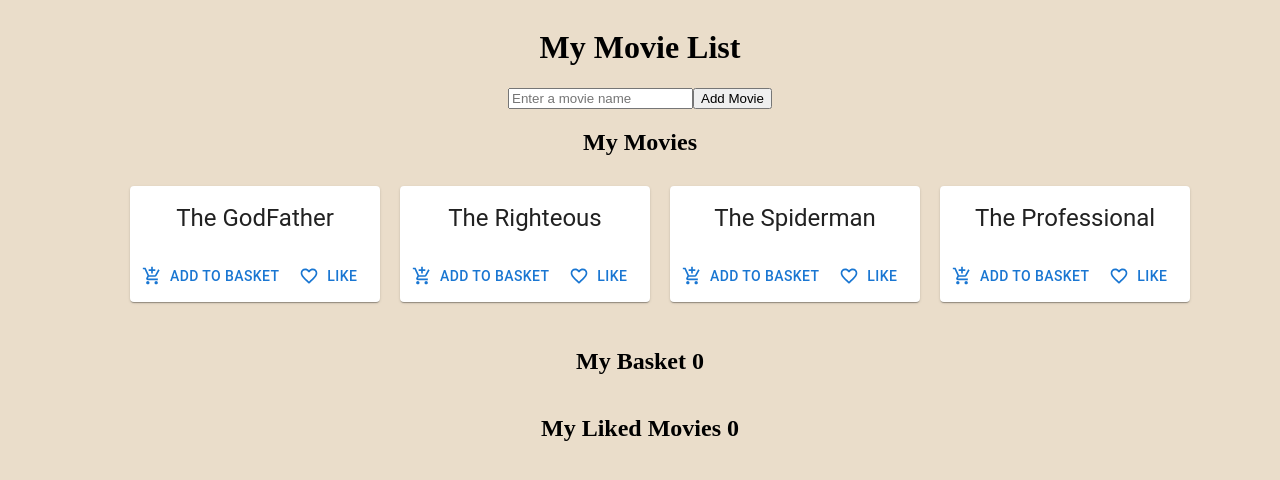
Repository: sinchana-p-iVoyant/redux-movie-store
Page: /
An editor plug-in stored every save of this project. The page is shown before and after the next save, followed by the edit.
The browser window is 1280 px wide. The pictures show the whole page.
The project was rebuilt for these pictures with package versions that can differ from the ones it lists, and the page was loaded fresh each time. Also part of the build but not shown: vite.config.ts.

Above is the page before, as saved 2024-02-15 12:24:54.

### index.html
<!doctype html>
<html lang="en">
  <head>
    <meta charset="UTF-8" />
    <link rel="icon" type="image/svg+xml" href="/vite.svg" />
    <meta name="viewport" content="width=device-width, initial-scale=1.0" />
    <title>Redux Movie Store</title>
  </head>
  <body>
    <div id="root"></div>
    <script type="module" src="/src/main.tsx"></script>
  </body>
</html>

### src/main.tsx
import React from 'react'
import ReactDOM from 'react-dom/client'
import App from './App.tsx'
// import './index.css'
import store from './store/index';
import { Provider } from 'react-redux'


ReactDOM.createRoot(document.getElementById('root')!).render(
  <React.StrictMode>
    <Provider store={store}>
      <App />
    </Provider>
  </React.StrictMode>,
)

### src/App.tsx
import { useState } from "react";
// import './App.css'
import { useSelector, useDispatch } from "react-redux";
import {Movie} from './store/index'
import {Card, CardComponent, CardActions, Button, Typography, CardContent} from '@mui/material'
import { Favorite, FavoriteBorder, AddShoppingCart, RemoveShoppingCart } from "@mui/icons-material";
import './App.css'

const App = () => {
  const [movieTitle, setMovieTitle] = useState("");

  // 🔥 a. To Trigger from UI.
  const dispatch = useDispatch();

  // 🔥 b. To update the UI, based on state updates in the store.

  // movies state (array)
  // const movies = useSelector(state => state.movies)
  // ------> return value: state.movies

  // Note:
  // The function passed to `useSelector` selects a slice of the state that we are interested in.
  // The function parameter specifies the `structure` of the Redux state object.
  // It's `type` annotated in TypeScript to ensure the type safety.
  // specifying the structure of the Redux state object using TypeScript type annotations enhances code quality, readability, and maintainability while providing additional safety checks and tooling support during development.

  const movies = useSelector(
    (state : {
      movies: { title: string; liked: boolean; inBasket: boolean }[];
    }) => state.movies
  );

  // const basket = useSelector((state) => state.basket);
  const basket = useSelector((state: { basket: string[] }) => state.basket);

  // const likedMovies = useSelector((state) => state.likedMovies);
  const likedMovies = useSelector((state: { likedMovies: string[] }) => state.likedMovies);


  // 4. Action Creator
  const handleAddMovie = () => {
    const newMovie = {
      title: movieTitle,
      inBasket: false,
      liked: false
    }
    dispatch({ type: "ADD_MOVIE", payload: newMovie });
    setMovieTitle(""); // Reset back to Empty String
  };

  const handleAddToBasket = (movie: string) => {
    dispatch({ type: "ADD_TO_BASKET", payload: movie });
  };
  const handleAddToLikedMovies = (movie: string) => {
    dispatch({ type: "ADD_TO_LIKED_MOVIE", payload: movie });
  };

  return (
    <div className="container">
      <div>
        <h1>My Movie List</h1>
      </div>
      <div className="add-movie">
        <input
          type="text"
          placeholder="Enter a movie name"
          value={movieTitle}
          onChange={(e) => setMovieTitle(e.target.value)}
        />
        <button onClick={handleAddMovie}>Add Movie</button>
      </div>
      <div>
        <h2>My Movies</h2>
        <ul className="movie-list">
          {movies.map((movie: Movie, index) => (
            <Card key={index} className="movie-card" >
              <CardContent>
                <Typography variant="h5" component='h2'>
                  {movie.title}
                </Typography>
              </CardContent>

              <CardActions>
                <Button
                  startIcon={movie.inBasket ? <RemoveShoppingCart /> : <AddShoppingCart />}
                  onClick={() => handleAddToBasket(movie.title)}>
                  {movie.inBasket ? "Remove From Basket" : "Add To Basket"}
                </Button>
                <Button
                  startIcon={movie.liked ? <Favorite /> : <FavoriteBorder />}
                  onClick={() => handleAddToLikedMovies(movie.title)}>
                  {movie.liked ? "Dislike" : "Like"}
                </Button>
              </CardActions>

            </Card>
          ))}
        </ul>
      </div>
      <div>
        <h2>My Basket {basket.length}</h2>
        <ul>
          {basket.map((basket, index) => (
            <li key={index}>{basket}</li>
          ))}
        </ul>
      </div>
      <div>
        <h2>My Liked Movies {likedMovies.length}</h2>
        <ul>
          {likedMovies.map((likedMovie, index) => (
            <li key={index}>{likedMovie}</li>
          ))}
        </ul>
      </div>
    </div>
  );
};

export default App;

// 1. Save the new movie in the local state.
// 2. Add the new movie in local state to the Store.
// 3. Fetch the movies array, from the store

// 3. a. To display in - My Basket & My Liked Movies

### src/store/index.tsx
import { createStore } from "redux";

export type Movie = {
    title: string,
    inBasket: boolean,
    liked: boolean
}

export type State = {
    movies: Movie[],
    basket: string[],
    likedMovies: string[]
}

type Action =
  | { type: "ADD_MOVIE"; payload: Movie } |
    { type: 'ADD_TO_BASKET', payload: string } |
    { type: "ADD_TO_LIKED_MOVIE", payload: string };

// InitialState
const initialState: State = {
    movies: [
      {title: 'The GodFather', inBasket: false, liked: false},
      {title: 'The Righteous', inBasket: false, liked: false},
      {title: 'The Spiderman', inBasket: false, liked: false},
      {title: 'The Professional', inBasket: false, liked: false},
    ],
    basket: [],
    likedMovies: []
}

// Reducers - Make Immutable Updates
const reducer = (state: State = initialState, action: Action): State => {
  switch (action.type) {
    case 'ADD_MOVIE':
      return {
        ...state,
        movies: [...state.movies, action.payload]
      }
    case 'ADD_TO_BASKET':
      return {
        ...state,
          movies: state.movies.map(movie => movie.title === action.payload ? {...movie, inBasket: !movie.inBasket } : movie),
        basket: state.basket.includes(action.payload) ? state.basket.filter(movie => movie !== action.payload) : [...state.basket, action.payload]
      }
    case 'ADD_TO_LIKED_MOVIE':
      return {
        ...state,
        movies: state.movies.map(movie => movie.title === action.payload ? {...movie, liked: !movie.liked} : movie) ,
        likedMovies: state.likedMovies.includes(action.payload) ? state.likedMovies.filter(movie => movie !== action.payload) :  [...state.likedMovies, action.payload]
      }
    default:
      return state
  }
}

// Store
const store = createStore(reducer)
export default store

// 1. State
// 2. Reducer
// 3. Store

### src/App.css
body {
  background-color: #EADDCA;
}

h1, h2{
  text-align: center;
}

.container {
  display: flex;
  flex-direction: column;
  align-items: center;
  justify-content: center;
}

.movie-list {
  display: flex;
  flex-wrap: wrap;
  justify-content: center;
}

.movie-card {
  width: 250px;
  margin: 10px;
}

.card-content {
  padding: 16px;
}

.card-actions {
  display: flex;
  justify-content: space-between;
}


















/* #root {
  max-width: 1280px;
  margin: 0 auto;
  padding: 2rem;
  text-align: center;
} */

/*
.logo {
  height: 6em;
  padding: 1.5em;
  will-change: filter;
  transition: filter 300ms;
}
.logo:hover {
  filter: drop-shadow(0 0 2em #646cffaa);
}
.logo.react:hover {
  filter: drop-shadow(0 0 2em #61dafbaa);
}

@keyframes logo-spin {
  from {
    transform: rotate(0deg);
  }
  to {
    transform: rotate(360deg);
  }
}

@media (prefers-reduced-motion: no-preference) {
  a:nth-of-type(2) .logo {
    animation: logo-spin infinite 20s linear;
  }
}

.card {
  padding: 2em;
}

.read-the-docs {
  color: #888;
} */

/* ------------------------- */

After the next save:
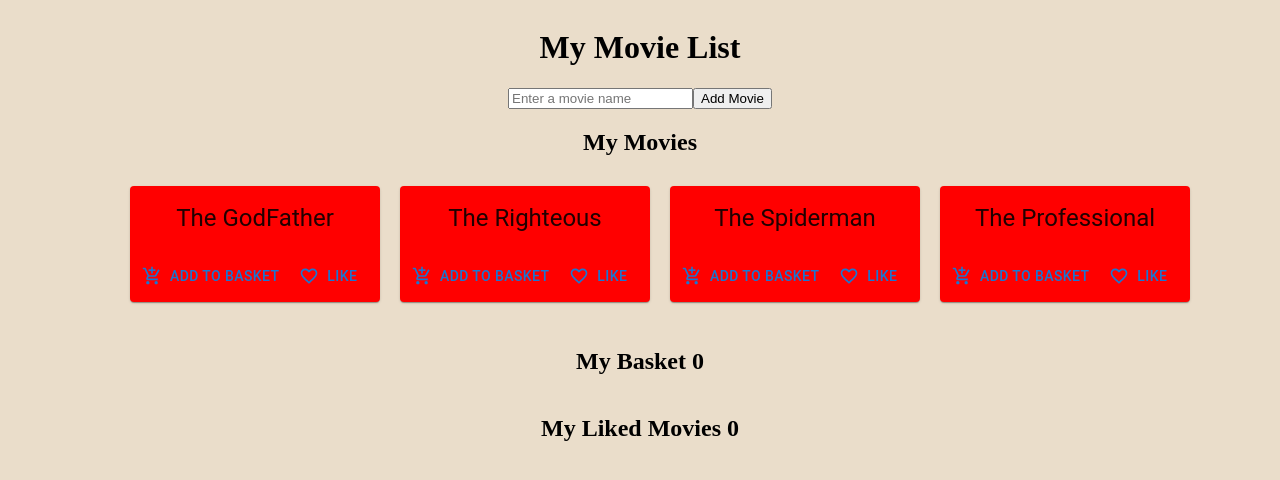
Saved 3 min 52 s later.
--- a/src/App.tsx
+++ b/src/App.tsx
@@ -73,7 +73,7 @@ const App = () => {
         <h2>My Movies</h2>
         <ul className="movie-list">
           {movies.map((movie: Movie, index) => (
-            <Card key={index} className="movie-card" >
+            <Card key={index} className="movie-card" style={{backgroundColor: "red"}}>
               <CardContent>
                 <Typography variant="h5" component='h2'>
                   {movie.title}
